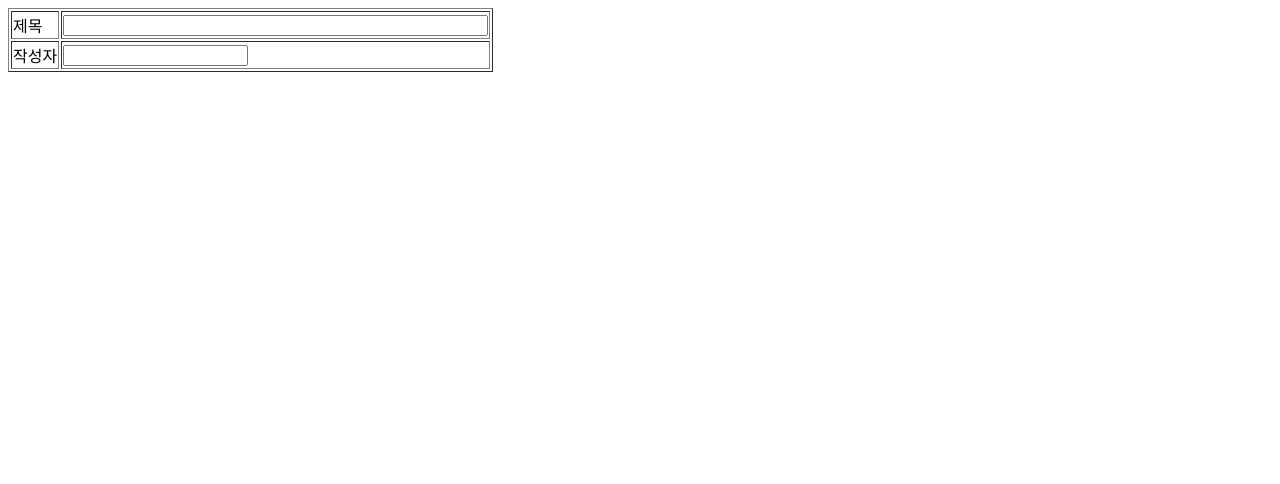
Repository: bbk0529/KNOU
Page: http://localhost/JSPProgramming/write_form.jsp
The author's editor kept a copy of each file at every save. The page is drawn from the files as they stood at one save, then again after the next save.
The browser window is 1280 px wide. The pictures show the whole page.
The page is served by Tomcat 9.

Above is the page before, as saved 2017-10-16 13:51:08.

After the next save:
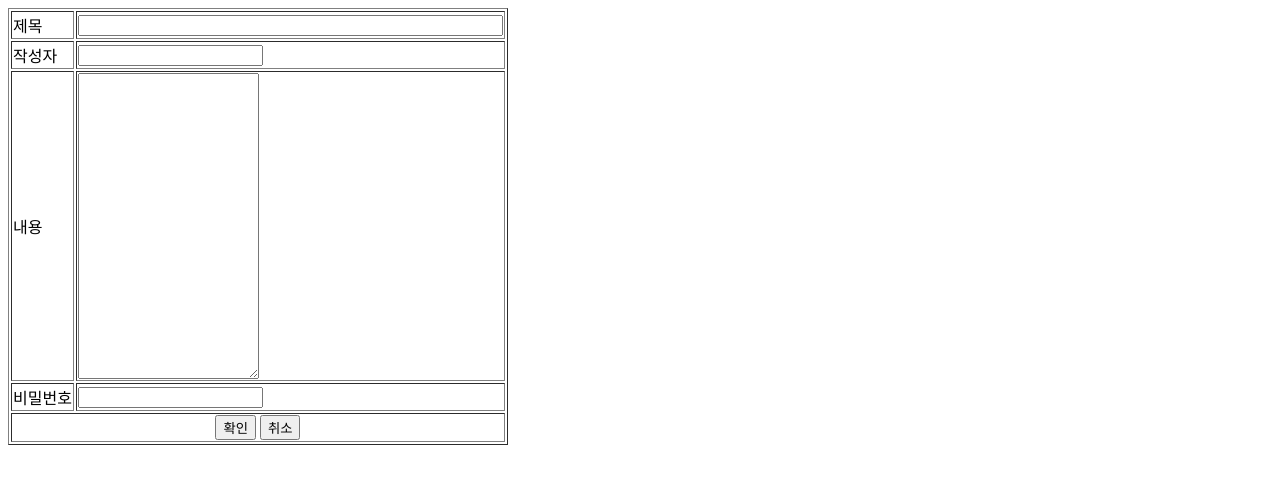
Saved 109 s later.
--- a/JSP/JSPProgramming/WebContent/write_form.jsp
+++ b/JSP/JSPProgramming/WebContent/write_form.jsp
@@ -11,9 +11,10 @@
 <table border=1>
 <tr><td>제목</td><td><input type="text" name="title" size="50"></td></tr>
 <tr><td>작성자</td><td><input type="text" name="writer"></td></tr>
-
-
-
+<tr><td>내용</td><td><textarea rows="20" name="test"></textarea></td></tr>
+<tr><td>비밀번호</td><td><input type="password" name="pass" ></td></tr>
+<tr><td colspan=2 align="center"><input type="submit" value="확인">
+<input type="reset" value="취소"></td></tr>
 
 </table>
 
